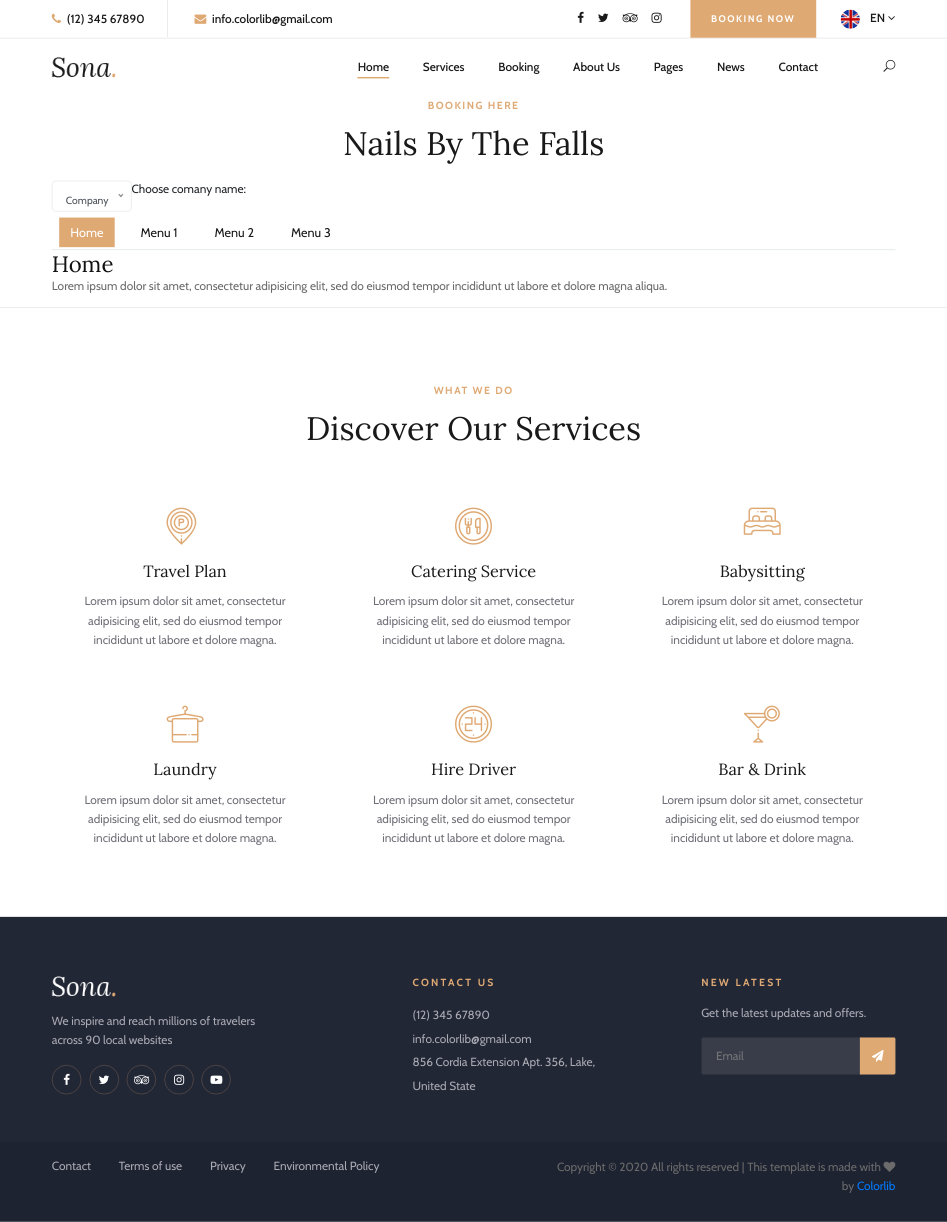
Repository: KeriBoss/Booking_Spa
Page: booking.html
These files come from the project's save history. The page is drawn as it stood at one moment and after the next save; the edit follows.
The browser window is 1280 px wide. The pictures show the whole page, at 74% of full size.

Above is the page before, as saved 2023-05-19 15:59:46.

After the next save:
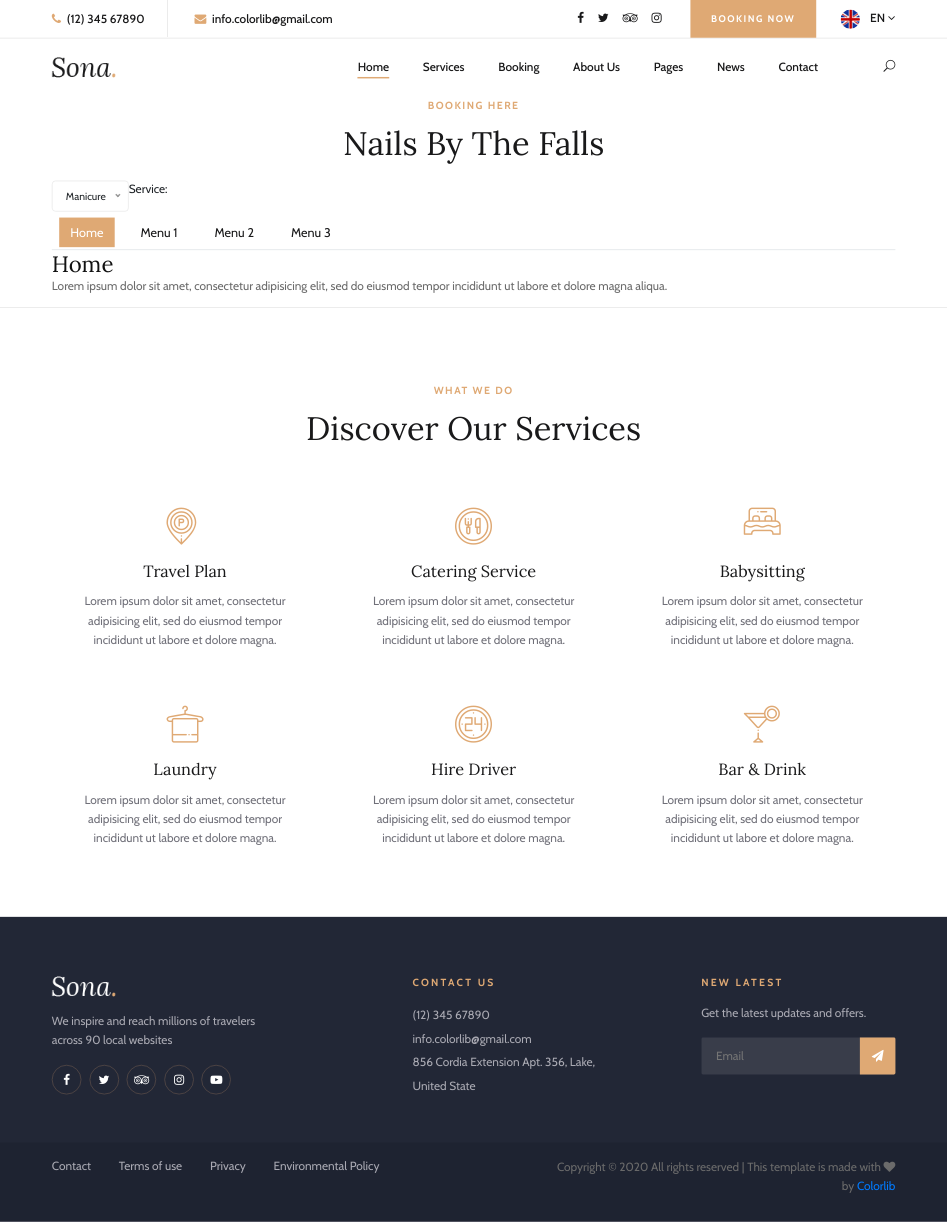
Saved 49 s later.
--- a/booking.html
+++ b/booking.html
@@ -179,12 +179,17 @@
                 <div class="col-lg-12">
                     <div class="w-100">
                         <div class="form-group">
-                            <label for="">Choose comany name: </label>
-                            <select class="form-control">
-                                <option value="">Company</option>
-                                <option value="">Company</option>
-                                <option value="">Company</option>
-                            </select>
+                            <div class="select-option">
+                                <label for="room">Service:</label>
+                                <select id="room">
+                                    <option value="">Manicure</option>
+                                    <option value="">Hair extension</option>
+                                    <option value="">Hair dying</option>
+                                    <option value="">Massage</option>
+                                    <option value="">Mask</option>
+                                    <option value="">Eyelash extensions</option>
+                                </select>
+                            </div>
                         </div>
                     </div>
                     <div class="card-booking">
